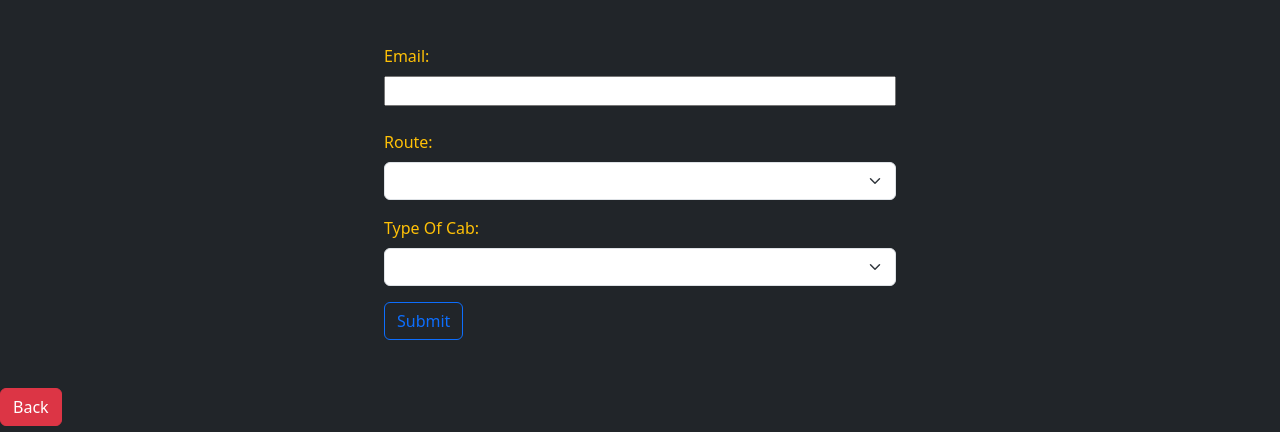
Repository: Jannis-Buschhaus/simplilearn-assessment-phase3
Page: http://localhost/bookingForm
The author's editor kept a copy of each file at every save. The page is drawn from the files as they stood at one save, then again after the next save.
The browser window is 1280 px wide. The pictures show the part of the page from y = 288 to 746 px (the page is 720 px tall before and 746 px after).
The page is this project's Thymeleaf template; nobody is signed in. The template is opened directly, without the code that normally fills it, so the values that code supplies are empty.

Above is the page before, as saved 2024-07-08 09:46:34.

### BookingService/src/main/resources/templates/bookingForm.html
<!DOCTYPE html>
<html xmlns:th="http://www.thymeleaf.org">
<head>
<meta charset="UTF-8">
<title>Place a booking</title>
<link
	href="https://cdn.jsdelivr.net/npm/bootstrap@5.3.3/dist/css/bootstrap.min.css"
	rel="stylesheet"
	integrity="sha384-QWTKZyjpPEjISv5WaRU9OFeRpok6YctnYmDr5pNlyT2bRjXh0JMhjY6hW+ALEwIH"
	crossorigin="anonymous">
<link href="/style.css" rel="stylesheet">
</head>
<body class="bg-dark">

	<div class="heading">
		<h1 class="text-danger text-center">Order your cab now!</h1>
		<h4 class="text-primary text-center">Your cab will arrive within
			10 to 15 minutes.</h4>
	</div>

	<img class="header"
		src="https://images.pexels.com/photos/2399254/pexels-photo-2399254.jpeg?auto=compress&cs=tinysrgb&w=1260&h=750&dpr=1" />

	<div class="menu-container">

		<span class="h2 text-warning" th:text="${msg}"></span>

		<form style="width: 40%;" method="post" action="placeBooking">
			<div class="mb-3">
				<label class="form-label text-warning" for="email">Email: </label>
				<input style="width: 100%;" class="form-label" type="text" name="email" required />
			</div>

			<div class="mb-3">
				<label class="form-label text-warning" for="route">Route:</label>
				<select class="form-select" name="route">
					<div th:each="f:${cabFares}">
						<option th:value="${f}"><span th:text="${f}"></span></option>
					</div>
				</select>
			</div>

			<div class="mb-3">
				<label class="form-label text-warning" for="typeOfCab">Type Of Cab: </label>
				<select class="form-select" name="typeOfCab">
					<div th:each="t:${cabTypes}">
						<option th:value="${t.cabType}">
							<span th:text="${t.cabType}"></span>
						</option>
					</div>
				</select>
			</div>

			<div class="mb-5">
				<button class="btn btn-large btn-outline-primary text-center" type="submit" value="Submit">Submit</button>
			</div>
		</form>

	</div>

	<a class="btn btn-large btn-danger text-center" href="/booking/">Back</a>
</body>
</html>

### BookingService/src/main/resources/static/style.css
@charset "UTF-8";

.header {
	width: 100%;
	object-fit: cover;
	object-position: 0 -150px;
	height: 40vh;
}

.menu-container {
	margin-top: 5vh;
	display: flex;
	flex-direction: column;
	justify-content: center;
	align-items: center;
}

.heading {
	position: absolute;
	display: flex;
	align-items: center;
	justify-content: center;
	flex-direction: column;
	width: 100%;
	height: 40vh;
	-webkit-text-stroke: 2px;
	-webkit-text-stroke-color: black;
}

After the next save:
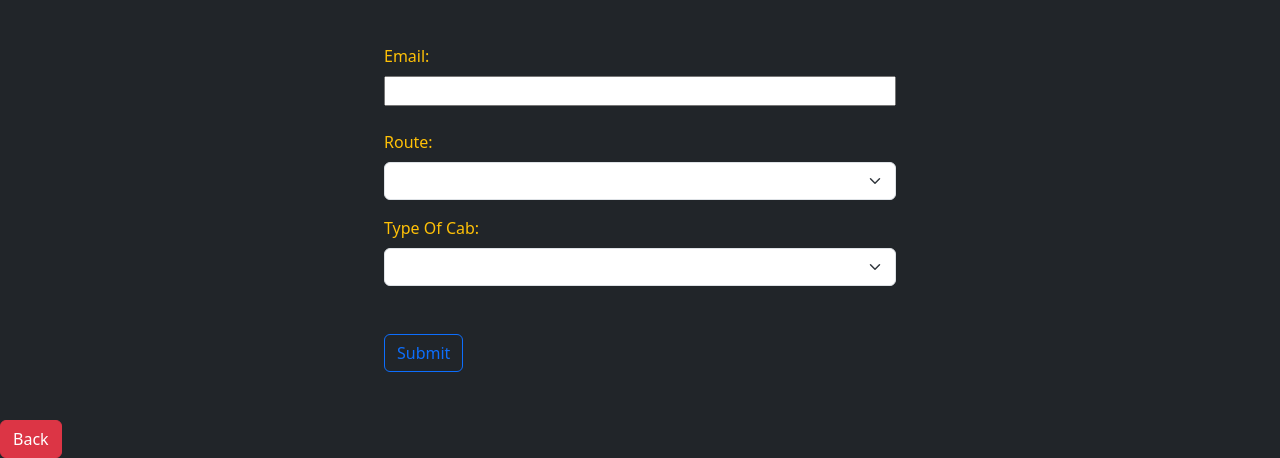
Saved 9 s later.
--- a/BookingService/src/main/resources/templates/bookingForm.html
+++ b/BookingService/src/main/resources/templates/bookingForm.html
@@ -40,7 +40,7 @@
 				</select>
 			</div>
 
-			<div class="mb-3">
+			<div class="mb-5">
 				<label class="form-label text-warning" for="typeOfCab">Type Of Cab: </label>
 				<select class="form-select" name="typeOfCab">
 					<div th:each="t:${cabTypes}">
